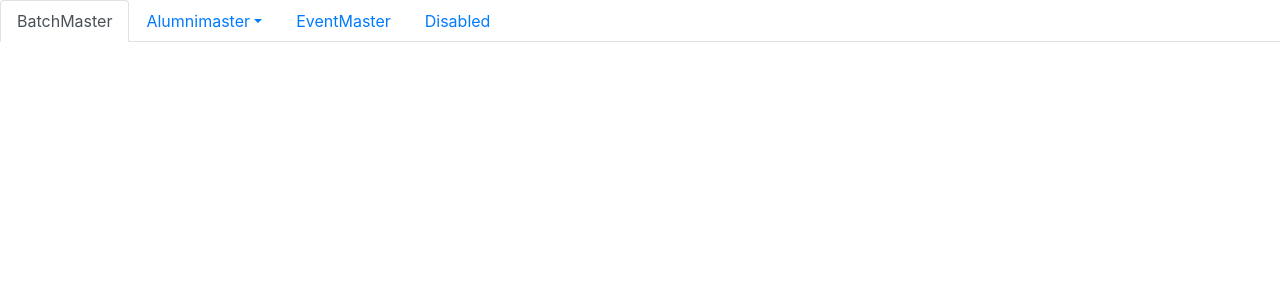
Repository: Shreyash1107/Web_Projects
Page: http://localhost/AlumnieventmanagementApplication/
The author's editor kept a copy of each file at every save. The page is drawn from the files as they stood at one save, then again after the next save.
The browser window is 1280 px wide. The pictures show the whole page.
The page is served by Tomcat 9. Nobody is signed in. The application's start-up code is not run.

Above is the page before, as saved 2024-07-30 17:57:02.

After the next save:
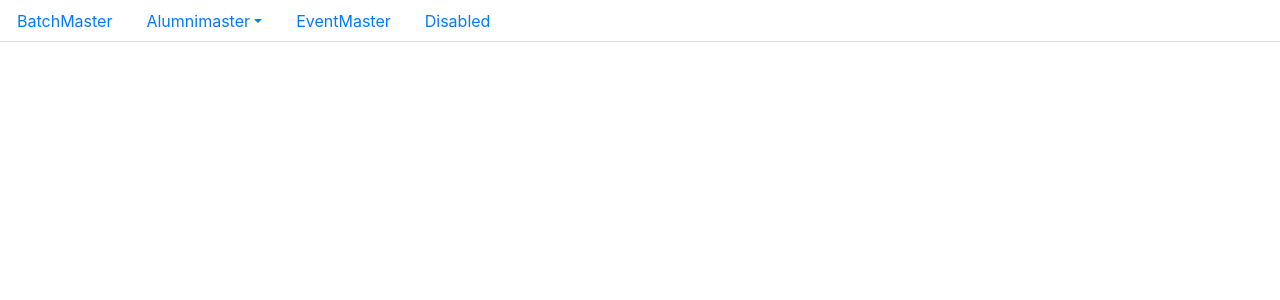
Saved 9 s later.
--- a/AlumnieventmanagementApplication/src/main/webapp/index.jsp
+++ b/AlumnieventmanagementApplication/src/main/webapp/index.jsp
@@ -13,7 +13,7 @@
 </head>
 <body>
 	<ul class="nav nav-tabs">
-		<li class="nav-item"><a class="nav-link active" href="#">BatchMaster</a>
+		<li class="nav-item"><a class="nav-link" href="#">BatchMaster</a>
 		</li>
 		<li class="nav-item dropdown"><a class="nav-link dropdown-toggle"
 			data-bs-toggle="dropdown" href="#">Alumnimaster</a>

After the save that followed:
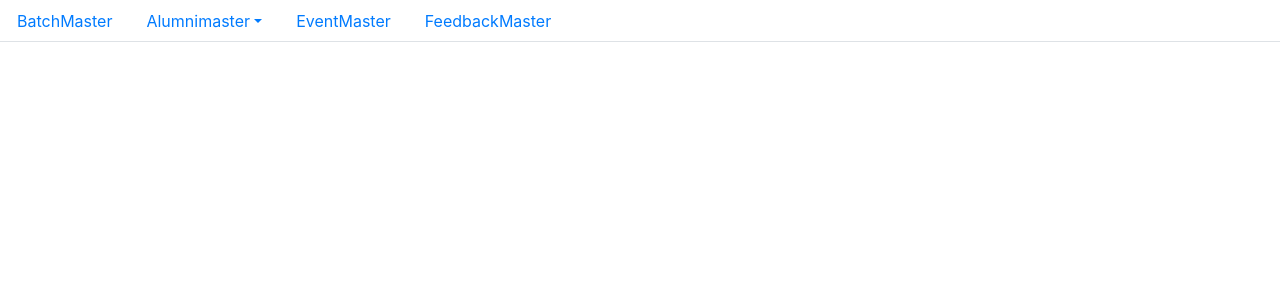
Saved 41 s later.
--- a/AlumnieventmanagementApplication/src/main/webapp/index.jsp
+++ b/AlumnieventmanagementApplication/src/main/webapp/index.jsp
@@ -24,7 +24,7 @@
 				<li><a class="dropdown-item" href="#">Delete Alumni</a></li>
 			</ul></li>
 		<li class="nav-item"><a class="nav-link" href="#">EventMaster</a></li>
-		<li class="nav-item"><a class="nav-link" href="#">Disabled</a>
+		<li class="nav-item"><a class="nav-link" href="#">FeedbackMaster</a>
 		</li>
 	</ul>
 </body>
